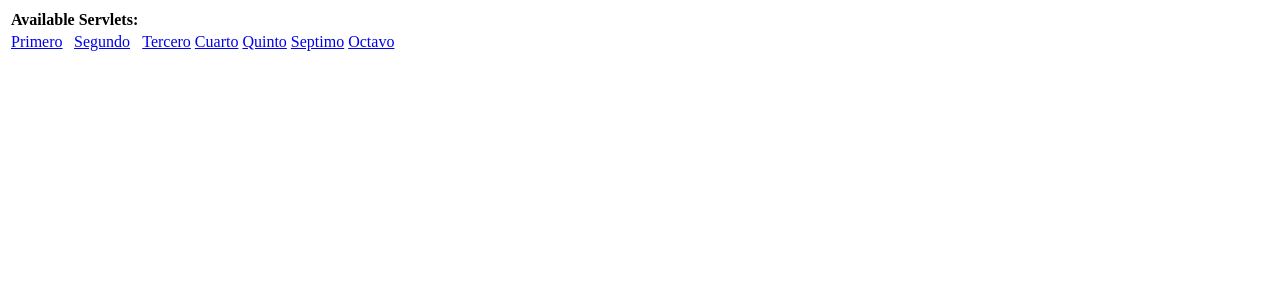
Repository: quino22/ulasalle
Page: lab02-70391273/war/index.html
These files come from the project's save history. The page is drawn as it stood at one moment and after the next save; the edit follows.
The browser window is 1280 px wide. The pictures show the whole page.

Above is the page before, as saved 2016-11-01 18:31:54.

### lab02-70391273/war/index.html
<!DOCTYPE HTML PUBLIC "-//W3C//DTD HTML 4.01 Transitional//EN">
<!-- The HTML 4.01 Transitional DOCTYPE declaration-->
<!-- above set at the top of the file will set     -->
<!-- the browser's rendering engine into           -->
<!-- "Quirks Mode". Replacing this declaration     -->
<!-- with a "Standards Mode" doctype is supported, -->
<!-- but may lead to some differences in layout.   -->

<html>
  <head>
    <meta http-equiv="content-type" content="text/html; charset=UTF-8">
    <title>LAB 02</title>
  </head>

  <body>
    <h1></h1>

    <table>
      <tr>
        <td colspan="2" style="font-weight:bold;">Available Servlets:</td>
      </tr>
      <tr>
        <td><a href="primero.html">Primero</a></td>
        <td><a href="segundo.html">Segundo</a></td>
        <td><a href="tercero.html">Tercero</a></td>
        <td><a href="cuarto.html">Cuarto</a></td>
        <td><a href="/quinto">Quinto</a></td>
        <td><a href="septimo.html">Septimo</a></td>
        <td><a href="/octavo">Octavo</a></td>
      </tr>
    </table>
  </body>
</html>

After the next save:
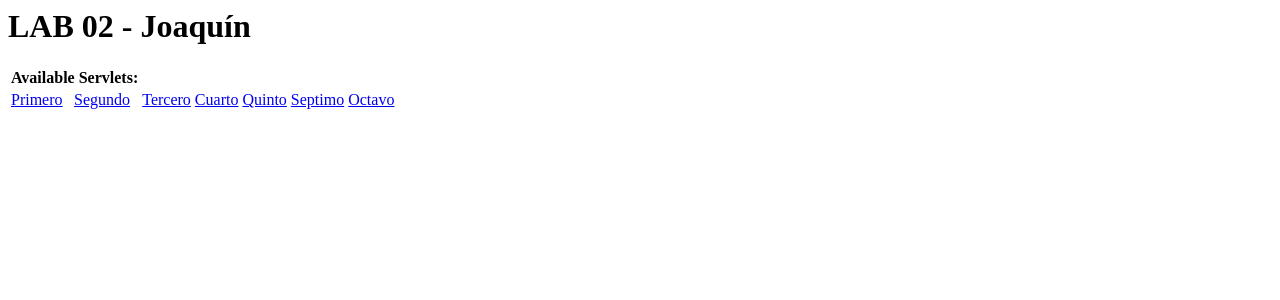
Saved 19 s later.
--- a/lab02-70391273/war/index.html
+++ b/lab02-70391273/war/index.html
@@ -13,7 +13,7 @@
   </head>
 
   <body>
-    <h1></h1>
+    <h1>LAB 02 - Joaquín</h1>
 
     <table>
       <tr>
